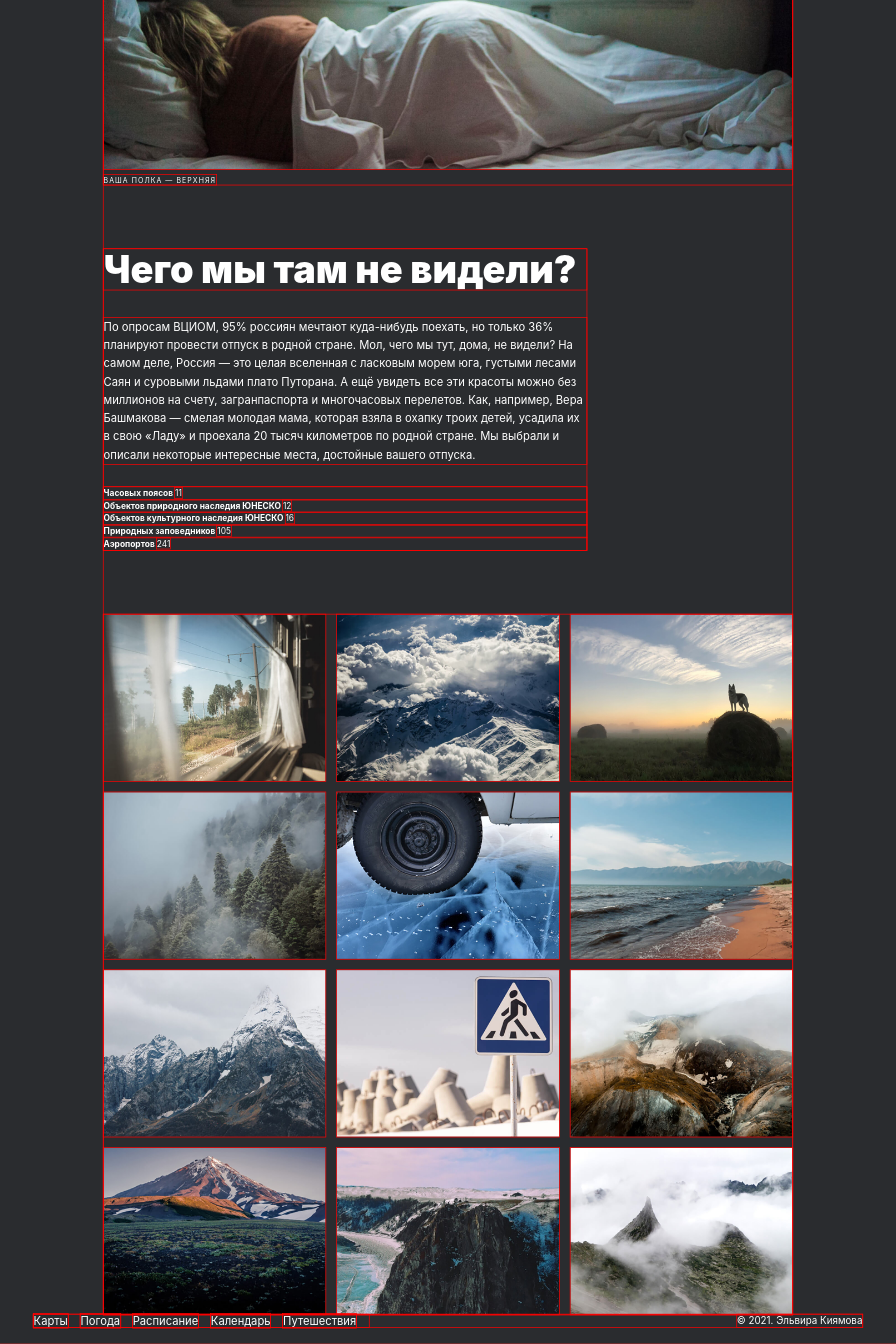
Repository: 89373611988/russia-travel
Page: index.html
These files come from the project's save history. The page is drawn as it stood at one moment and after a run of saves; the edit follows.
The browser window is 1280 px wide. The pictures show the part of the page from y = 877 to 2797 px (the page is 2797 px tall before and 2697 px after), at 70% of full size.
Some web fonts or font styles are not loaded; a fallback is used.

Above is the page before, as saved 2021-12-19 02:37:31.

After the next 4 saves:
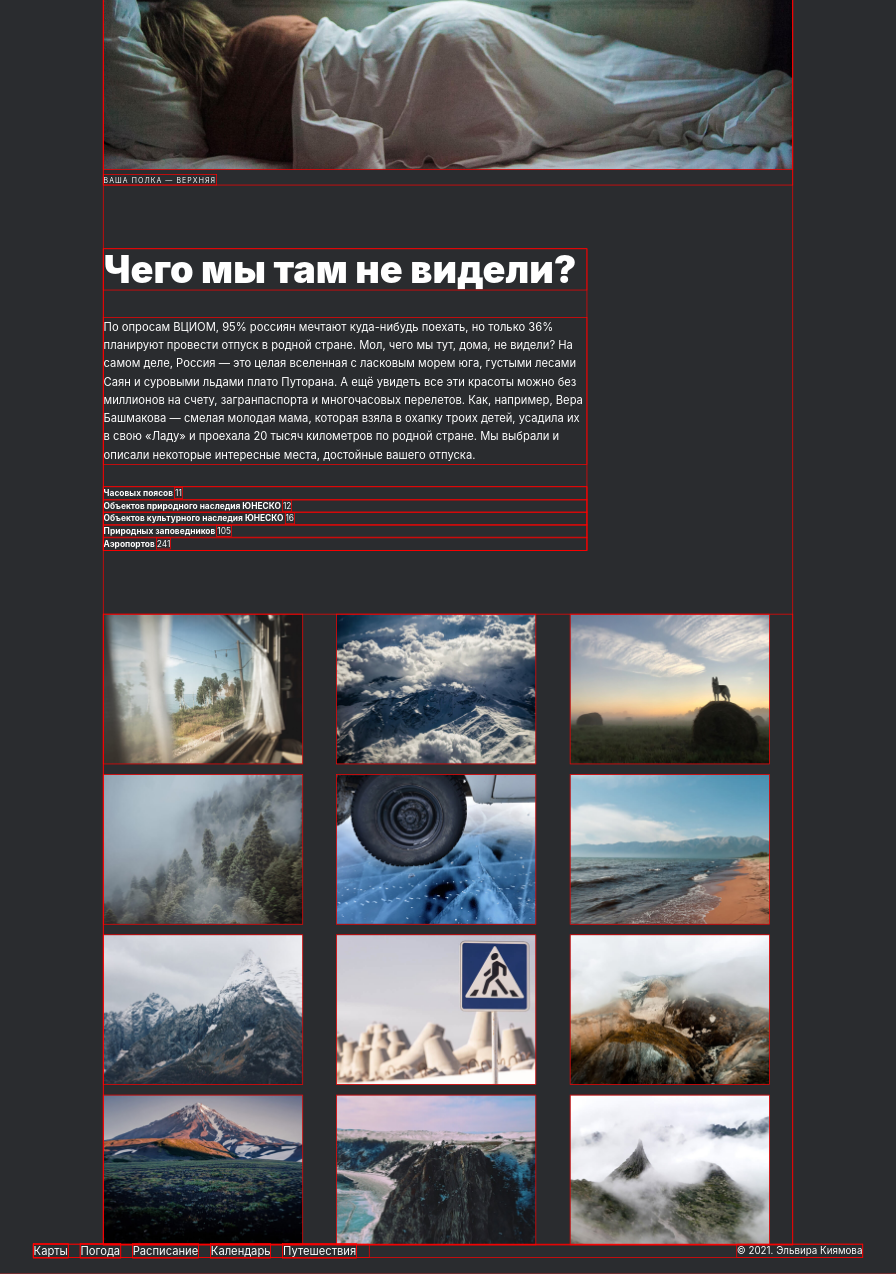
The 4 saves are shown as one change because they came seconds apart.
The last was saved 25 s later.
--- a/blocks/photo-grid/__item/photo-grid__item.css
+++ b/blocks/photo-grid/__item/photo-grid__item.css
@@ -1,4 +1,4 @@
 .photo-grid__item {
-  width: 100%;
-  max-height: ;
+  max-width: 284x;
+  max-height: 213px;
 }
